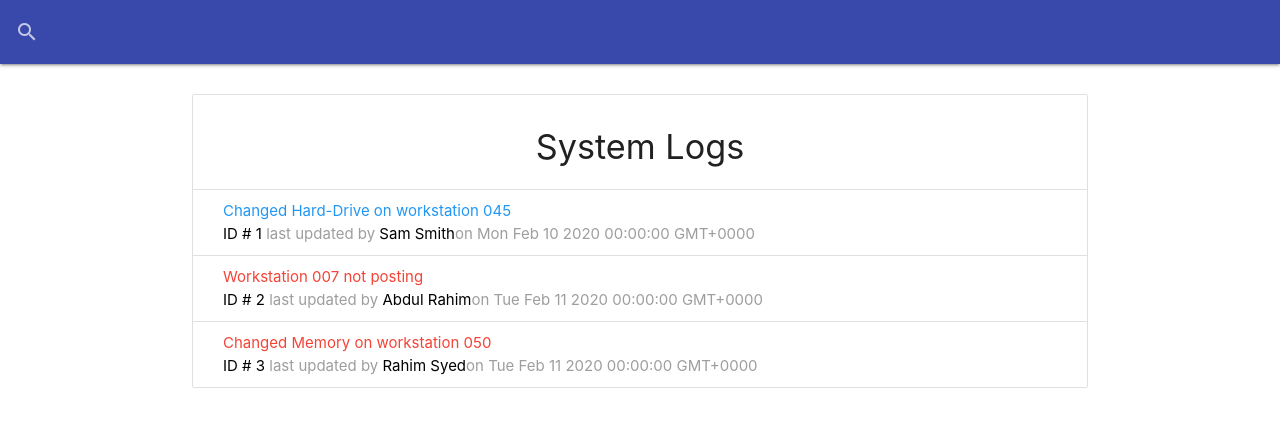
Repository: syedabdulrahim/IT_Logger
Page: /
An editor plug-in stored every save of this project. The page is shown before and after the next save, followed by the edit.
The browser window is 1280 px wide. The pictures show the whole page.
The project was rebuilt for these pictures with package versions that can differ from the ones it lists, and the page was loaded fresh each time. Requests to the local data server were answered from the project's data file. Also part of the build but not shown: src/App.css.

Above is the page before, as saved 2020-10-29 15:59:53.

After the next save:
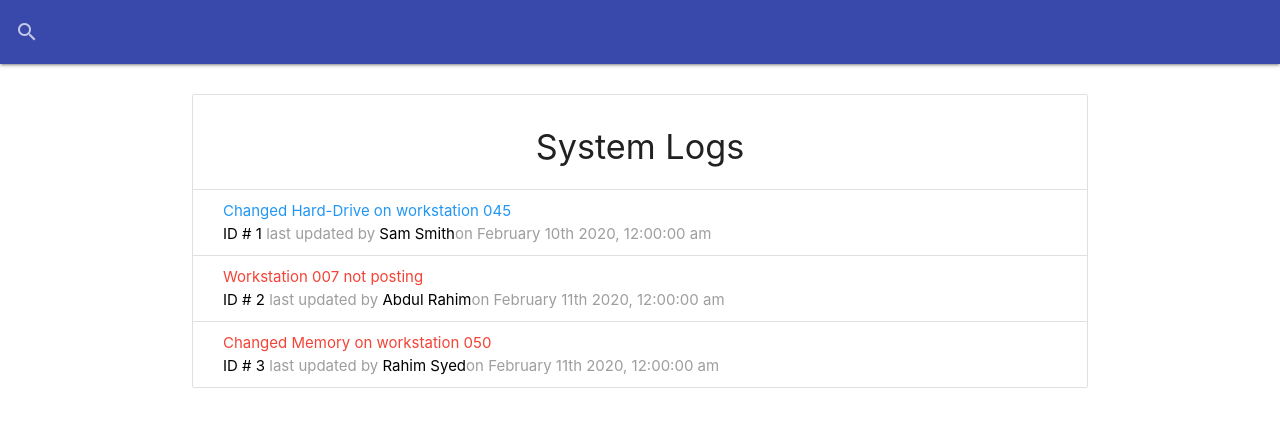
Saved 72 s later.
--- a/src/components/logs/LogItem.js
+++ b/src/components/logs/LogItem.js
@@ -17,7 +17,7 @@ const LogItem = ({log}) => {
                             <span className="black-text">ID # {log.id}</span>
                                {' '} {'last updated by'}
                             <span className="black-text">{' '}{log.tech}</span>
-                            on <Moment>{log.date}</Moment>
+                            on <Moment format="MMMM Do YYYY, h:mm:ss a">{log.date}</Moment>
                     </span>
                 </div>
             </li>
